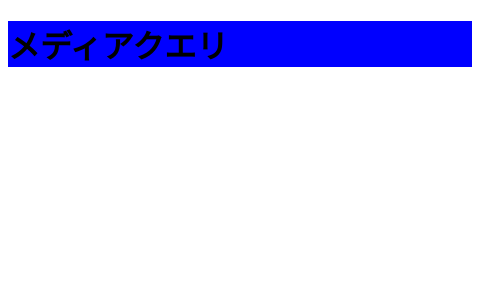
Repository: IzIzKen/samurai_HTML-CSS
Page: HTML CSSを学びWebプログラミングの第一歩を踏み出そう/16章 レスポンシブデザイン/index.html
The author's editor kept a record of every edit. The page is drawn from the files as they stood at one moment, then again after the next edit.
The browser window is 480 px wide. The pictures show the whole page.

Above is the page before.

### HTML CSSを学びWebプログラミングの第一歩を踏み出そう/16章 レスポンシブデザイン/index.html
<!DOCTYPE html>
<html lang="ja">
<head>
    <meta charset="UTF-8" name="viewport" content="width=device-width, initial-scale=1">
    <link rel="stylesheet" href="stylesheet.css">
</head>
<body>
    <div class="media">
        <h1>メディアクエリ</h1>
    </div>
</body>
</html>

### HTML CSSを学びWebプログラミングの第一歩を踏み出そう/16章 レスポンシブデザイン/stylesheet.css
.media {
    background-color: blue;
}

@media screen and (max-width:480px){
    .media-sp {
        background-color: red;
    }
}

@media screen and (min-width:640px){
    .media-pc {
        background-color: green;
    }
}

After the next edit:
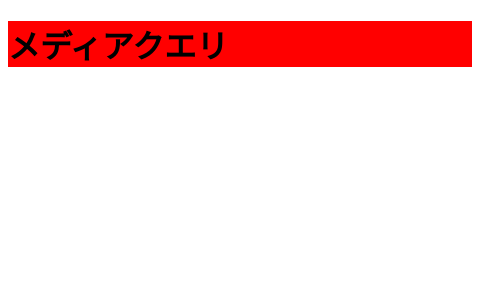
The edit:
--- a/HTML CSSを学びWebプログラミングの第一歩を踏み出そう/16章 レスポンシブデザイン/stylesheet.css
+++ b/HTML CSSを学びWebプログラミングの第一歩を踏み出そう/16章 レスポンシブデザイン/stylesheet.css
@@ -2,8 +2,8 @@
     background-color: blue;
 }
 
-@media screen and (max-width:480px){
-    .media-sp {
+@media screen and (min-width:480px){
+    .media {
         background-color: red;
     }
 }
